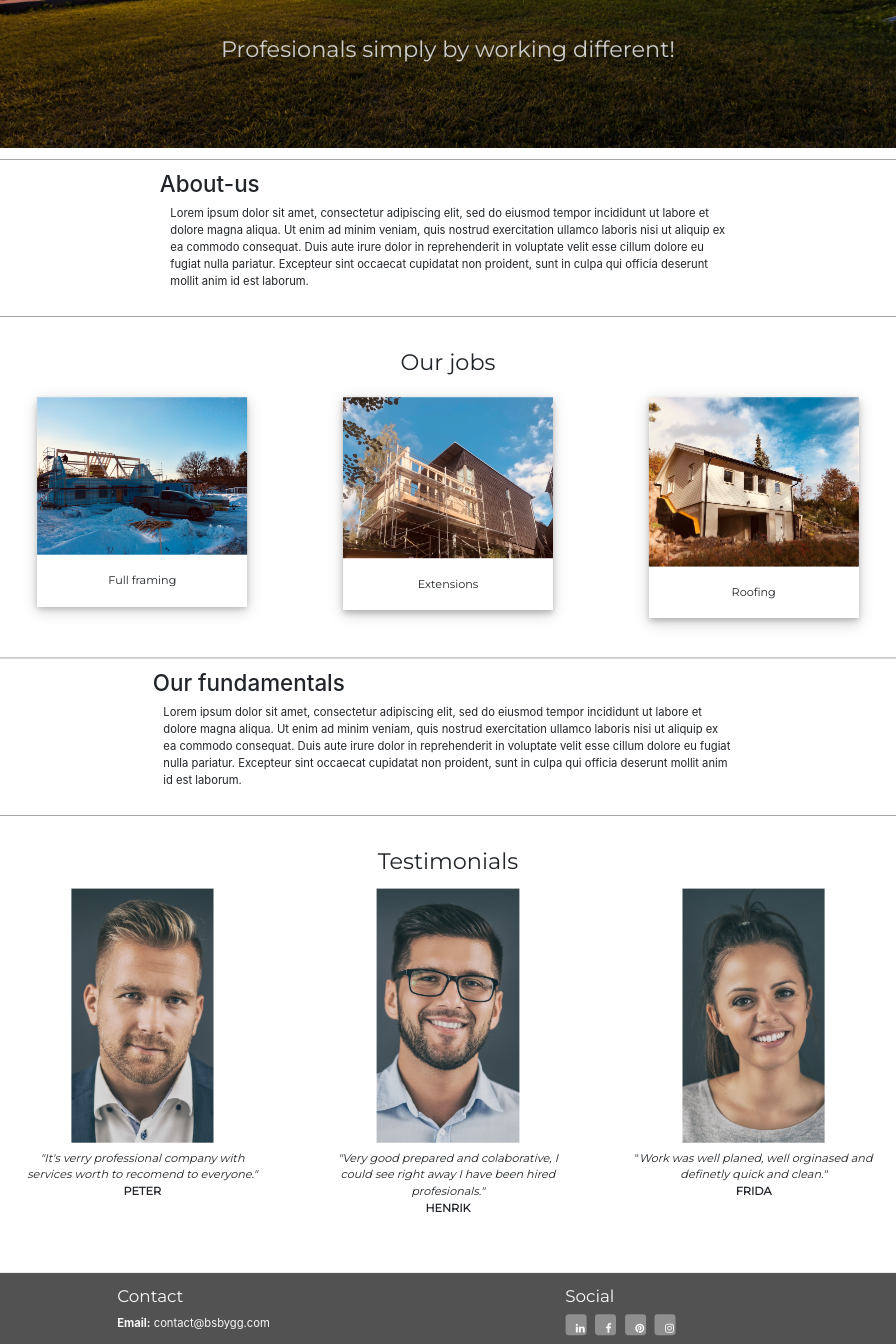
Repository: Bartie1982/milestone-project-1
Page: index.html
The author's editor kept a record of every edit. The page is drawn from the files as they stood at one moment, then again after the next edit.
The browser window is 1280 px wide. The pictures show the part of the page from y = 589 to 2509 px (the page is 2650 px tall before and 2802 px after), at 70% of full size.

Above is the page before.

### index.html
<!DOCTYPE html>
<html lang="en">

<head>
    <meta charset="UTF-8">
    <meta name="viewport" content="width=device-width, initial-scale=1.0">
    <meta http-equiv="X-UA-Compatible" content="ie=edge">
    <link rel="stylesheet" href="https://stackpath.bootstrapcdn.com/bootstrap/4.3.1/css/bootstrap.min.css" type="text/css" />
    <link rel="stylesheet" href="https://stackpath.bootstrapcdn.com/font-awesome/4.7.0/css/font-awesome.min.css" type="text/css" />
    <link rel="stylesheet" href="assets/css/style.css" type="text/css" />
    <title>BsBygg</title>
</head>

<body>
    <header>
        <div class="container-fluid">
            <div class="row">
                    <div class="col-lg-11 d-flex">
                         <a href="index.html" class="col-md-2 logo "></a>
                        <nav class="navbar navbar-expand-xl navbar-dark">
                            <a class="navbar-brand" href="index.html">Bs bygg</a>
                                <button class="navbar-toggler" type="button" data-toggle="collapse" data-target="#navbarNav" aria-controls="navbarNav" aria-expanded="false" aria-label="Toggle navigation">
                                     <span class="navbar-toggler-icon"></span>
                                </button>
                                <div class="collapse navbar-collapse" id="navbarNav">
                                    <ul class="navbar-nav mr-auto">
                                        <li class="nav-item active">
                                            <a class="nav-link" href="#about-us">About us</a>
                                        </li>
                                        <li class="nav-item">
                                            <a class="nav-link" href="#our-jobs">Our jobs</a>
                                        </li>
                                        <li class="nav-item">
                                            <a class="nav-link" href="#our-fundamentals">Our fundamentals</a>
                                        </li>
                                        <li class="nav-item">
                                            <a class="nav-link" href="#testimonials">Testimonials</a>
                                        </li>
                                        <li class="nav-item">
                                            <a class="nav-link" href="#contact">Contact</a>
                                        </li>

                                    </ul>
                                </div>
                        </nav>
                    </div>
            </div>
        </div>
        <div class="container">
            <div class="row">
                    <div class="col-md-12 d-flex justify-content-center quote">
                        <h2>Profesionals simply by working different!</h2>
                    </div>
            </div>
        </div>
    </header>
        <div class="row">
            <div class="col-md-12 h-line3">
                <hr>
            </div>
        </div>
    <section>
        <div class="d-flex justify-content-center" id="about-us">
            <div class="col-md-8 Our-fundamentals">
                <h2>About-us</h2>

                <p class="col-md-12 text-space">Lorem ipsum dolor sit amet, consectetur adipiscing elit, sed do eiusmod tempor incididunt ut labore et dolore magna aliqua. Ut enim ad minim veniam, quis nostrud exercitation ullamco laboris nisi ut aliquip ex ea commodo consequat. Duis
                    aute irure dolor in reprehenderit in voluptate velit esse cillum dolore eu fugiat nulla pariatur. Excepteur sint occaecat cupidatat non proident, sunt in culpa qui officia deserunt mollit anim id est laborum.
                </p>

            </div>
        </div>

        <div class="row">
            <div class="col-md-12 h-line4">
                <hr>
            </div>
        </div>

    </section>
    <section>
        <div class="row" id="our-jobs">
            <div class="col-md-12 Our-jobs">
                <h2>Our jobs</h2>
                    <div class="row d-flex justify-content-around">
                        <div class="col-sm-12 col-md-12 col-lg-4">
                            <div class="polaroid">
                        <img src="./assets/images/balsta-light.jpg" alt="Full framing" style="width:100%">
                             <div class="container p">
                             <p>Full framing</p>
                             </div>
                       </div>
                        </div>
                        <div class="col-sm-12 col-md-12 col-lg-4">
                            <div class="polaroid">
                        <img src="./assets/images/flottare.jpg" alt="Extensions" style="width:100%">
                             <div class="container p">
                             <p>Extensions</p>
                             </div>
                       </div>
                        </div>
                        <div class="col-sm-12 col-md-12 col-lg-4">
                            <div class="polaroid">
                        <img src="./assets/images/akersberga.jpg" alt="Roofing" style="width:100%">
                             <div class="container p">
                             <p>Roofing</p>
                         </div>
                        </div>



                   </div>
                </div>
            </div>
        </div>
    </section>
    <section>
        <div class="row">
            <div class="col-md-12 h-line3">
                <hr>
            </div>
        </div>
        <div class="row d-flex justify-content-center" id="our-fundamentals">
            <div class="col-md-8 Our-fundamentals">
                <h2>Our fundamentals</h2>

                <p class="col-md-12 text-space">Lorem ipsum dolor sit amet, consectetur adipiscing elit, sed do eiusmod tempor incididunt ut labore et dolore magna aliqua. Ut enim ad minim veniam, quis nostrud exercitation ullamco laboris nisi ut aliquip ex ea commodo consequat. Duis
                    aute irure dolor in reprehenderit in voluptate velit esse cillum dolore eu fugiat nulla pariatur. Excepteur sint occaecat cupidatat non proident, sunt in culpa qui officia deserunt mollit anim id est laborum.
                </p>

            </div>
        </div>

        <div class="row">
            <div class="col-md-12 h-line4">
                <hr>
            </div>
        </div>
    </section>
    <section>
        <div class="row" id="testimonials">
            <div class="col-md-12 Testimonials">
                <h2>Testimonials</h2>
                    <div class="row people d-flex justify-content-around">
                        <div class="col-sm-12 col-md-4 person">
                            <img class="img-fluid" src="./assets/images/Face 6.jpg" alt="Peter">
                            <p class="text-space"><i>"It's verry professional company with services worth to recomend to everyone."</i><br><b>PETER</b></p>
                        </div>
                        <div class="col-sm-12 col-md-4 person">
                            <img class="img-fluid" src="./assets/images/Face 4.jpg" alt="Henrik">
                            <p class="text-space"><i>"Very good prepared and colaborative, I could see right away I have been hired profesionals."</i><br><b>HENRIK</b></p>
                        </div>
                        <div class="col-sm-12 col-md-4 person">
                            <img class="img-fluid" src="./assets/images/Face 7.jpg" alt="Frida">
                            <p class="text-space">"<i>Work was well planed, well orginased and definetly quick and clean."</i><br><b>FRIDA</b></p>
                        </div>
                    </div>
            </div>
                <div class="row">
                    <div class="col-md-12 h-line4">
                        <hr>
                    </div>
                </div>
    </section>
    <footer class="container-fluid" id="contact">
        <div class="row">
                <div class="col-lg-6 col-md-6 col-sm-12 mx-auto">
                    <h4 class="general-sub w-50 mx-auto">Contact</h4>

                        <div class="w-50 mx-auto">
                            <div>
                            <p><b>Email:</b> contact@bsbygg.com</p>
                            </div>
                            <div>
                            <p><b>Mobile:</b> 0704645042 </p>
                            </div>
                            <div>
                            <p><b>Adress:</b> Petersbergsvagen 5 <br>185 34 Vaxholm</p>
                        </div>
                </div>
        </div>
            <div class="col-lg-6 col-md-6 col-sm-12 social mx-auto">
                <h4 class="general-sub w-50 mx-auto">Social</h4>
                <ul class="list-inline social-links w-50 mx-auto">
                <li class="list-inline-item">
                    <a target="_blank" href="https://www.linkedin.com/">
                        <i class="fa fa-linkedin" aria-hidden="true"></i>
                        <span class="sr-only">Linkedin</span>
                    </a>
                </li>

                <li class="list-inline-item">
                    <a target="_blank" href="https://www.facebook.com/">
                        <i class="fa fa-facebook" aria-hidden="true"></i>
                        <span class="sr-only">Facebook</span>
                    </a>

                </li>
                <li class="list-inline-item">
                    <a target="_blank" href="https://www.pinterest.com/">
                        <i class="fa fa-pinterest" aria-hidden="true"></i>
                        <span class="sr-only">Pinterest</span>
                    </a>
                </li>
                <li class="list-inline-item">
                    <a target="_blank" href="https://www.instagram.com/">
                        <i class="fa fa-instagram" aria-hidden="true"></i>
                        <span class="sr-only">Instagram</span>
                    </a>
                </li>

                </ul>
            </div>
        </div>
        <div class="d-flex justify-content-center">
            <p class="">All rights reserved  Bartosz Szkaradzinski 2020</p>
        </div>
    </footer>
</body>

</html>

### assets/css/style.css
@import url('https://fonts.googleapis.com/css?family=Montserrat&display=swap:100,200,300,400,500,600,700|Exo:100,200,300,400,500,600,700');


/*----------------------------------------------Colours*/
.bg-color-name-title {
      color: #000234;
}



/*----------------------------------------------Heading*/

html, body {
    width: 100vw;
    overflow-x: hidden;
    overflow-y: auto;
}

header {
    margin: 0;
    background: url("../images/Villa1.jpg");
    background-repeat: no-repeat;
    background-size: cover;
    height: 800px;

}

.logo {
    background: url("../images/logo1.png");
    background-position: left;
    background-repeat: no-repeat;
    background-size: 85px;
    min-height: 85px;
    margin-top: 5px;
    margin-left: 30px;

}

.navbar-dark {
    position: relative;
    font-size: 22px;

}

.navbar-brand {
    margin-bottom: 8px;
    font-size: 25px;

}

.quote {
    margin-top: 550px;
    margin-left: auto;
    margin-right: auto;
    color: #cdcdcd;
    font-family: "Exo", Montserrat;
    font-weight: 100;
    font-size: 30px;

}

/*----------------------------------------------About us*/

.about-us {

    font-family: "Exo", Montserrat;
    margin-top: 30px;
    text-align: center;
    min-height: 300px;

}

/*----------------------------------------------Our fundamentals*/



.our-fundamentals {
    font-family: "Exo", Montserrat;
    margin-top: 30px;
    text-align: center;
    min-height: 300px;
}




/*----------------------------------------------Our jobs*/

.polaroid {
  width: 300px;
  box-shadow: 0 4px 8px 0 rgba(0, 0, 0, 0.2), 0 6px 20px 0 rgba(0, 0, 0, 0.19);
  text-align: center;
  margin: 30px auto 40px auto;

}

.Our-jobs {
    font-family: "Exo", Montserrat;
    margin-top: 30px;
    text-align: center;
    min-height: 300px;

}


/*----------------------------------------------Testimonials*/

.container p {
  padding: 25px;
}
.people {
    margin-top:20px;
    margin-bottom: 40px;
}
.person {

    height: inherit;
    margin-bottom: 30px;
}
.person img {
    width: 50%;
    margin-left: auto;
    margin-right: auto;
}
.person p {
    padding-left: 30px;
    padding-right: 30px;
}


.name {
    font-family: "Exo", Montserrat;
    background-position: center;
    margin-top: 50px;
    font-weight: 100;
    min-height: 100px;
    font-size: 46px;
    color: #fff;

}

.Testimonials {
    font-family: "Exo", Montserrat;
    margin-top: 30px;
    text-align: center;
    min-height: 300px;

}

/*----------------------------------------------Spacers/lines/margins/paddings/text */

h1,
h2,
h3,
h4 {
       margin: 0;
}



hr {
    background-color: grey;
    height: 1px;
    border: 0; }

.h-line3 {
    margin-top: 0;

}

.h-line4 {
    margin-top: 1%;
}

.text-space {
    margin-top: 10px;
    margin-bottom: 10px;
}

.general-sub {
    margin-top: 20px;
    margin-bottom: 10px;
    color: #fafafa;
    font-family: "Exo", Montserrat;
    font-weight: 300;

}

.inline-block {
    display: inline-block;

}

/*----------------------------------------------Footer*/

footer {
    background-color: #525252;
    color: #fafafa;
    min-height: 240px;
}

.contact {
    margin-left: auto;
    margin-right: auto;

}

.quote-pdf i {
    font-size: 20px;
    color: #fafafa;
    text-align: center;
    padding-left: 8px;
    transition: all 0.45s ease-in;
    -moz-transition: all 0.45s ease-in;
    -webkit-transition: all 0.45s ease-in;
    -o-transition: all 0.45s ease-in;
}

.quote-pdf i:hover {
    color: #40A8AF;

}
.social {
     margin-right: auto;
     margin-left: auto;
}

.social-links li a i {
    width: 30px;
    height:30px;
    padding: 15px;
    border-radius: 15%;
    font-size: 15px;
    line-height: 10px;
    text-align: center;
    color: #fafafa;
    background: #8f8f8f;
    transition: all 0.35s ease-in;
    -moz-transition: all 0.35s ease-in;
    -webkit-transition: all 0.35s ease-in;
    -o-transition: all 0.35s ease-in;
}

.social-links li a i:hover {
    background: #40A8AF;
}

After the next edit:
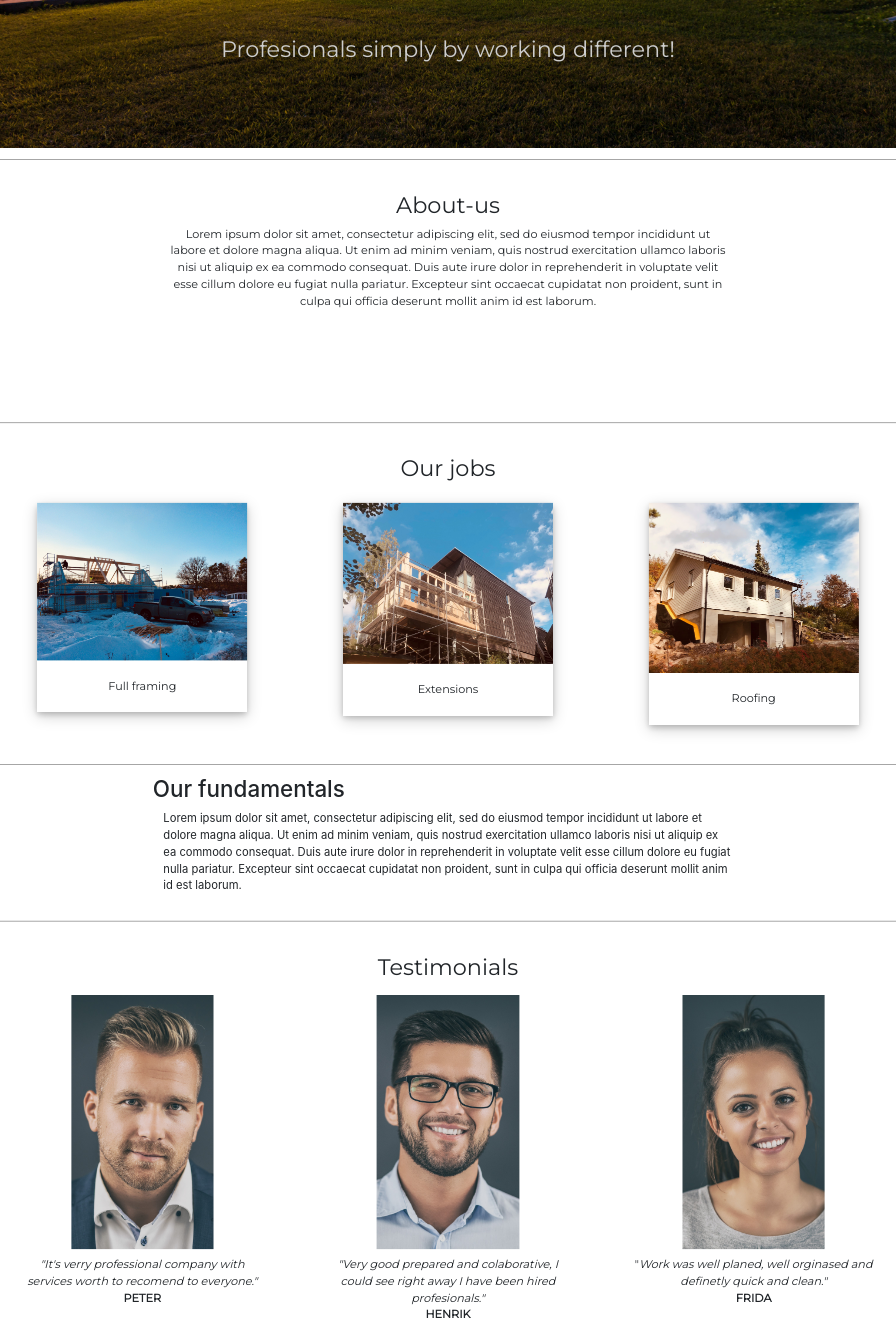
The edit:
--- a/index.html
+++ b/index.html
@@ -61,7 +61,7 @@
         </div>
     <section>
         <div class="d-flex justify-content-center" id="about-us">
-            <div class="col-md-8 Our-fundamentals">
+            <div class="col-md-8 about-us">
                 <h2>About-us</h2>
 
                 <p class="col-md-12 text-space">Lorem ipsum dolor sit amet, consectetur adipiscing elit, sed do eiusmod tempor incididunt ut labore et dolore magna aliqua. Ut enim ad minim veniam, quis nostrud exercitation ullamco laboris nisi ut aliquip ex ea commodo consequat. Duis
